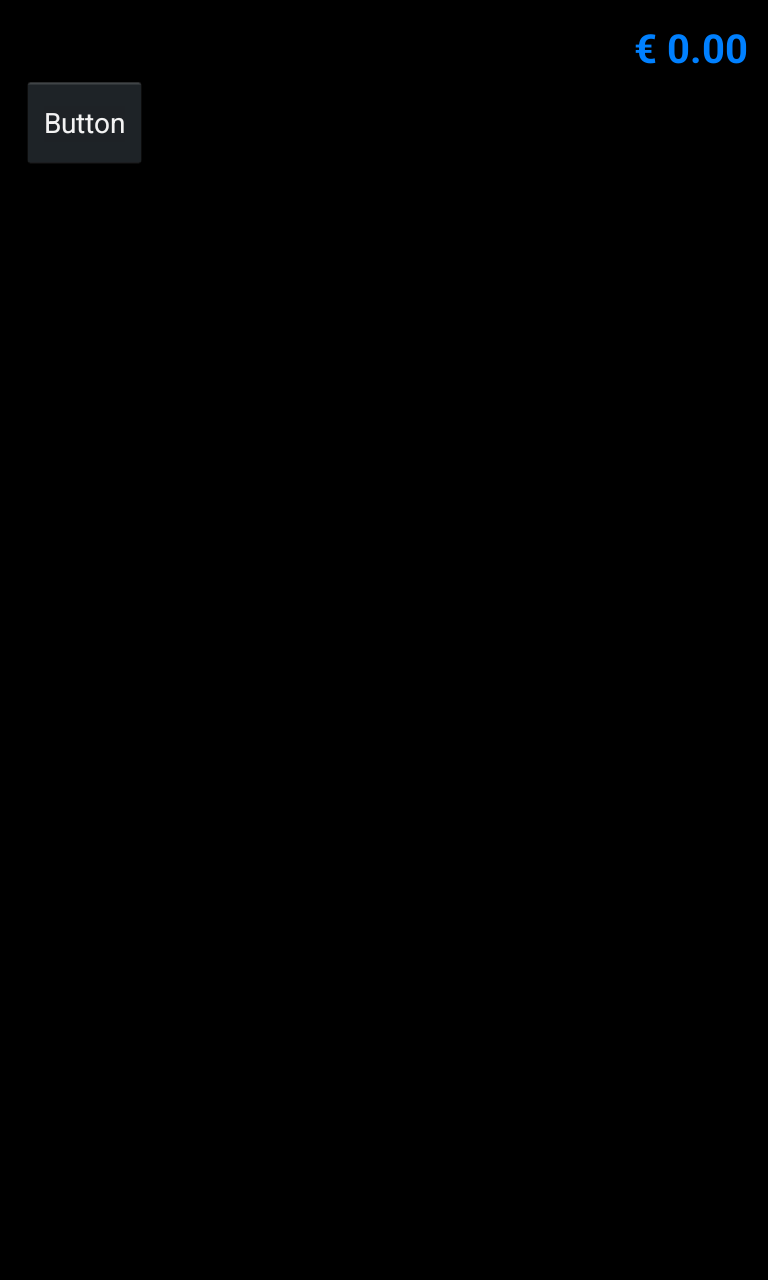
Repository: Adammdit/DT2283GUI
Layout: GunSmoke/res/layout/activity_main.xml
An editor plug-in stored every save of this project. The layout is shown before and after the next save, followed by the edit.
It is drawn on a 768 x 1280 px phone screen (xhdpi) without system bars, with theme android:Theme.Holo; the app's code is not run. Lists and similar views that code fills are empty.

Above is the layout before, as saved 2014-11-08 11:26:50.

### GunSmoke/res/layout/activity_main.xml
<LinearLayout xmlns:android="http://schemas.android.com/apk/res/android"
    xmlns:tools="http://schemas.android.com/tools"
    android:id="@+id/LinearLayout1"
    android:layout_width="match_parent"
    android:layout_height="match_parent"
    android:paddingBottom="10dp"
    android:paddingLeft="10dp"
    android:paddingRight="10dp"
    android:paddingTop="10dp"
    android:orientation="vertical"
    tools:context=".MainActivity" >

    <TextView
        android:id="@+id/cartTotal"
        android:layout_width="match_parent"
  		android:layout_height="wrap_content"
  		android:gravity="right"
        android:textSize="20sp"
  		android:text="€ 0.00"
  		android:textColor="@color/total"
  		android:textStyle="bold" />

    <Button
        android:id="@+id/button1"
        style="?android:attr/buttonStyleSmall"
        android:layout_width="wrap_content"
        android:layout_height="wrap_content"
        android:text="Button" />

    <ExpandableListView
        android:id="@+id/listView"
        android:layout_width="match_parent"
        android:layout_height="wrap_content" >
    </ExpandableListView>



</LinearLayout>

### GunSmoke/res/values/colors.xml
<?xml version="1.0" encoding="utf-8"?>
<resources>
	<color name="khaki">#663300</color>
	<color name="price">#E5FFCC</color>
	<color name="name">#CC6600</color>
	<color name="total">#0080FF</color>
</resources>

After the next save:
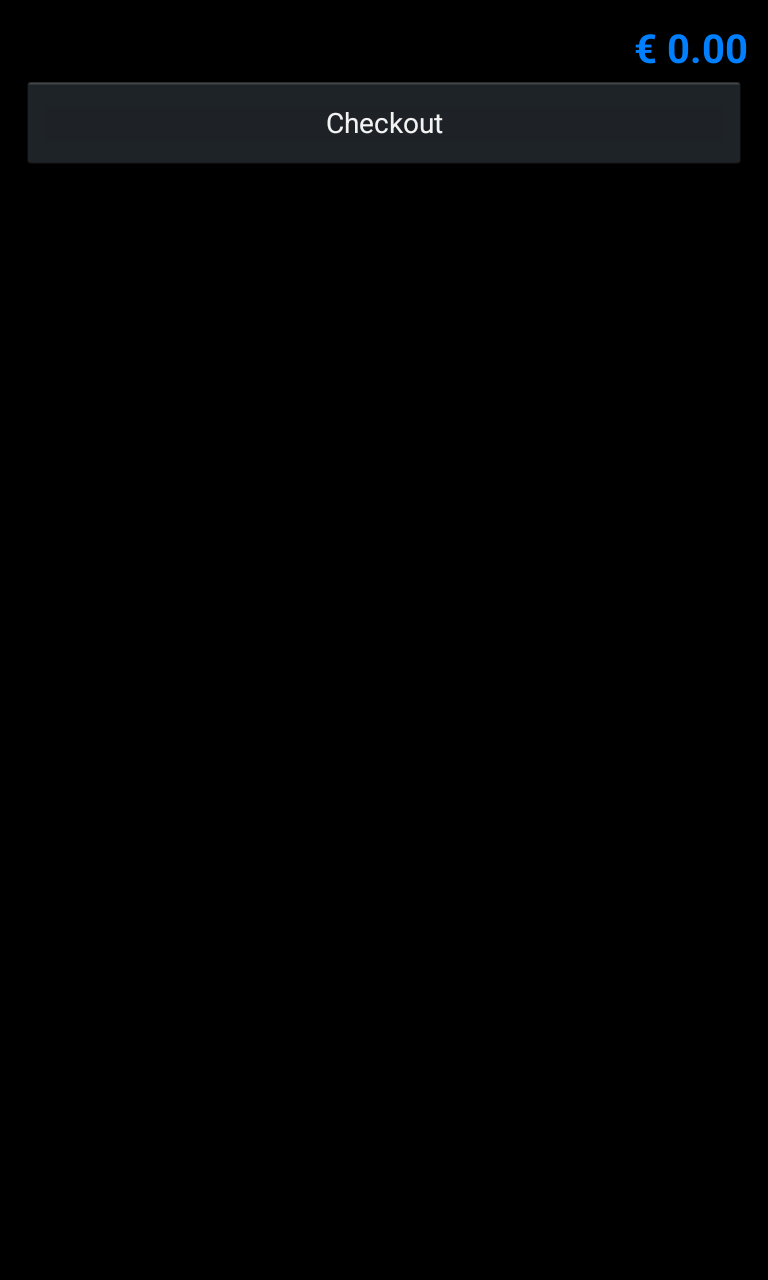
Saved 92 s later.
--- a/GunSmoke/res/layout/activity_main.xml
+++ b/GunSmoke/res/layout/activity_main.xml
@@ -23,9 +23,9 @@
     <Button
         android:id="@+id/button1"
         style="?android:attr/buttonStyleSmall"
-        android:layout_width="wrap_content"
+        android:layout_width="fill_parent"
         android:layout_height="wrap_content"
-        android:text="Button" />
+        android:text="Checkout" />
 
     <ExpandableListView
         android:id="@+id/listView"
